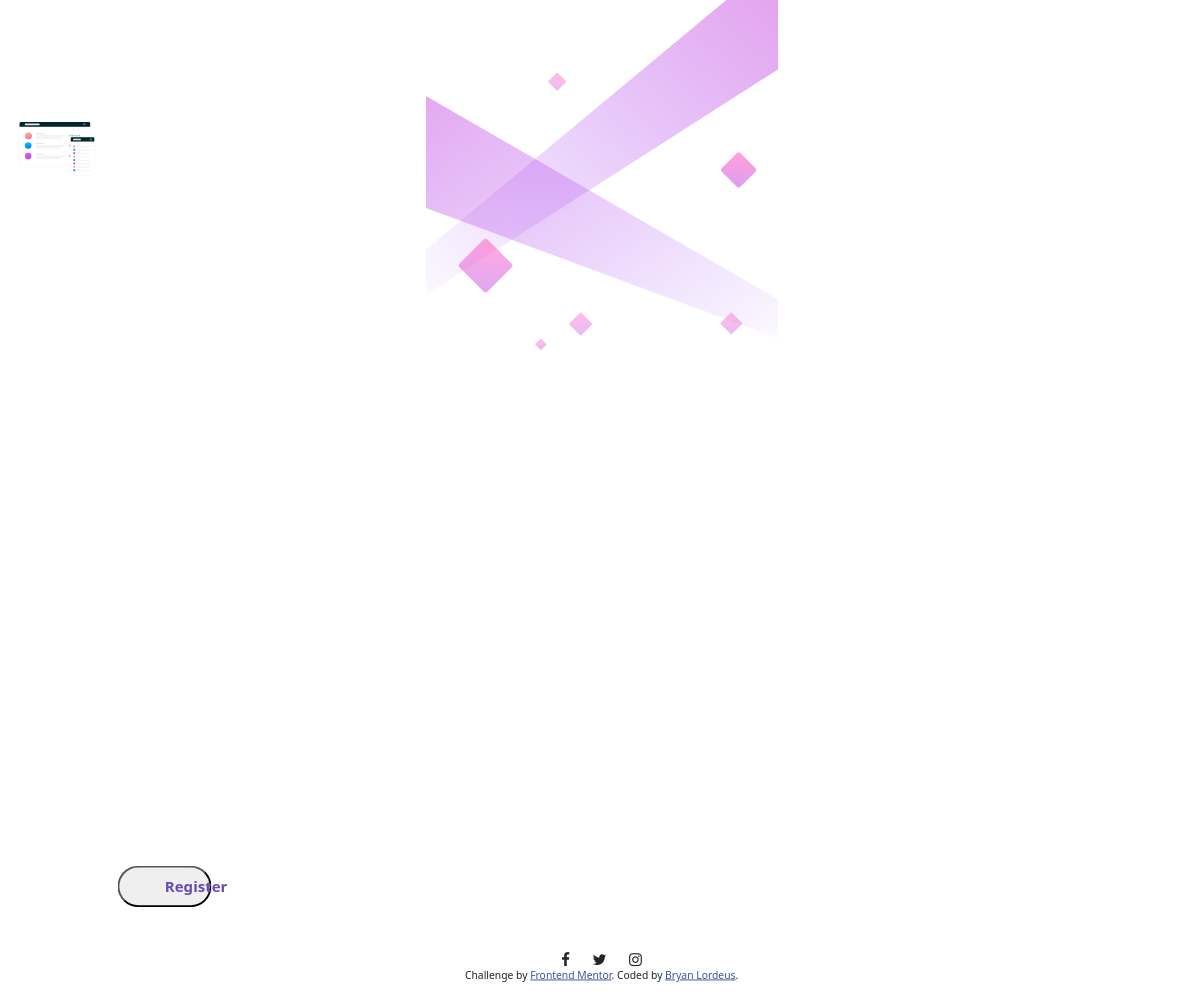
Repository: blordeus/huddle-landing-page-with-single-introductory-section-master
Page: index.html
The author's editor kept a copy of each file at every save. The page is drawn from the files as they stood at one save, then again after the next save.
The browser window is 1280 px wide. The pictures show the whole page, at 94% of full size.
The style sheet was rebuilt from its Sass, Less or Tailwind sources for each picture, by a compiler version that may differ from the author's.

Above is the page before, as saved 2023-08-31 19:54:32.

### index.html
<!DOCTYPE html>
<html lang="en">
<head>
  <meta charset="UTF-8">
  <meta name="viewport" content="width=device-width, initial-scale=1.0"> <!-- displays site properly based on user's device -->

  <link rel="icon" type="image/png" sizes="32x32" href="./images/favicon-32x32.png">
  <link rel="stylesheet" href="style.css">
  <link href="https://cdn.jsdelivr.net/npm/bootstrap@5.3.1/dist/css/bootstrap.min.css" rel="stylesheet" integrity="sha384-4bw+/aepP/YC94hEpVNVgiZdgIC5+VKNBQNGCHeKRQN+PtmoHDEXuppvnDJzQIu9" crossorigin="anonymous">
  <link rel="stylesheet" href="https://maxcdn.bootstrapcdn.com/font-awesome/4.7.0/css/font-awesome.min.css">

  <title>Frontend Mentor | Huddle landing page with single introductory section</title>

</head>
<body class="mx-2 my-3">

  <header class="mb-5">
    <img src="./images/logo.svg" alt="">
  </header>

  <section class="container-fluid text-center">
    <div class="row">
      <div class="col-sm-1">
        <img class="img-fluid" src="./images/illustration-mockups.svg" alt="illustration mockups">
      </div>
      <div class="col-sm-1">
        <h1 class="text-white">Build The Community Your Fans Will Love</h1>
        <p class="text-white">
          Huddle re-imagines the way we build communities. You have a voice, but so does your audience.
          Create connections with your users as you engage in genuine discussion.
        </p>
        <button class="rounded-pill px-5 py-2 w-50">Register</button>
      </div>
    </div>
  </section>

  <div class="icons d-flex justify-content-center mt-5 gap-4">
      <i class="fa fa-facebook" aria-hidden="true"></i>
      <i class="fa fa-twitter" aria-hidden="true"></i>
      <i class="fa fa-instagram" aria-hidden="true"></i>
  </div>

  <footer>
    <p class="attribution">
      Challenge by <a rel="noopener" href="https://www.frontendmentor.io?ref=challenge" target="_blank">Frontend Mentor</a>.
      Coded by <a href="#">Bryan Lordeus</a>.
    </p>
  </footer>
</body>
</html>

### style.scss
  @import url('https://fonts.googleapis.com/css2?family=Open+Sans&family=Poppins:wght@400;600&display=swap');

:root {
    --primary-violet: hsl(257, 40%, 49%);
    --soft-magenta: hsl(300, 69%, 71%);
}

* {
    margin: 0;
    padding: 0;
    box-sizing: border-box;
}

body {
    font-family: 'Open Sans', sans-serif;
    background-image: url('./images/bg-mobile.svg');
    background-repeat: no-repeat;
    background-color: var(--primary-violet);
    background-size: con;
    background-position: top;
}

button {
    font-family: 'Poppins', sans-serif;
    font-weight: 600;
    font-size: 16px;
    color: var(--primary-violet);
}



  .attribution { font-size: 11px; text-align: center; }
  .attribution a { color: hsl(228, 45%, 44%); }

After the next save:
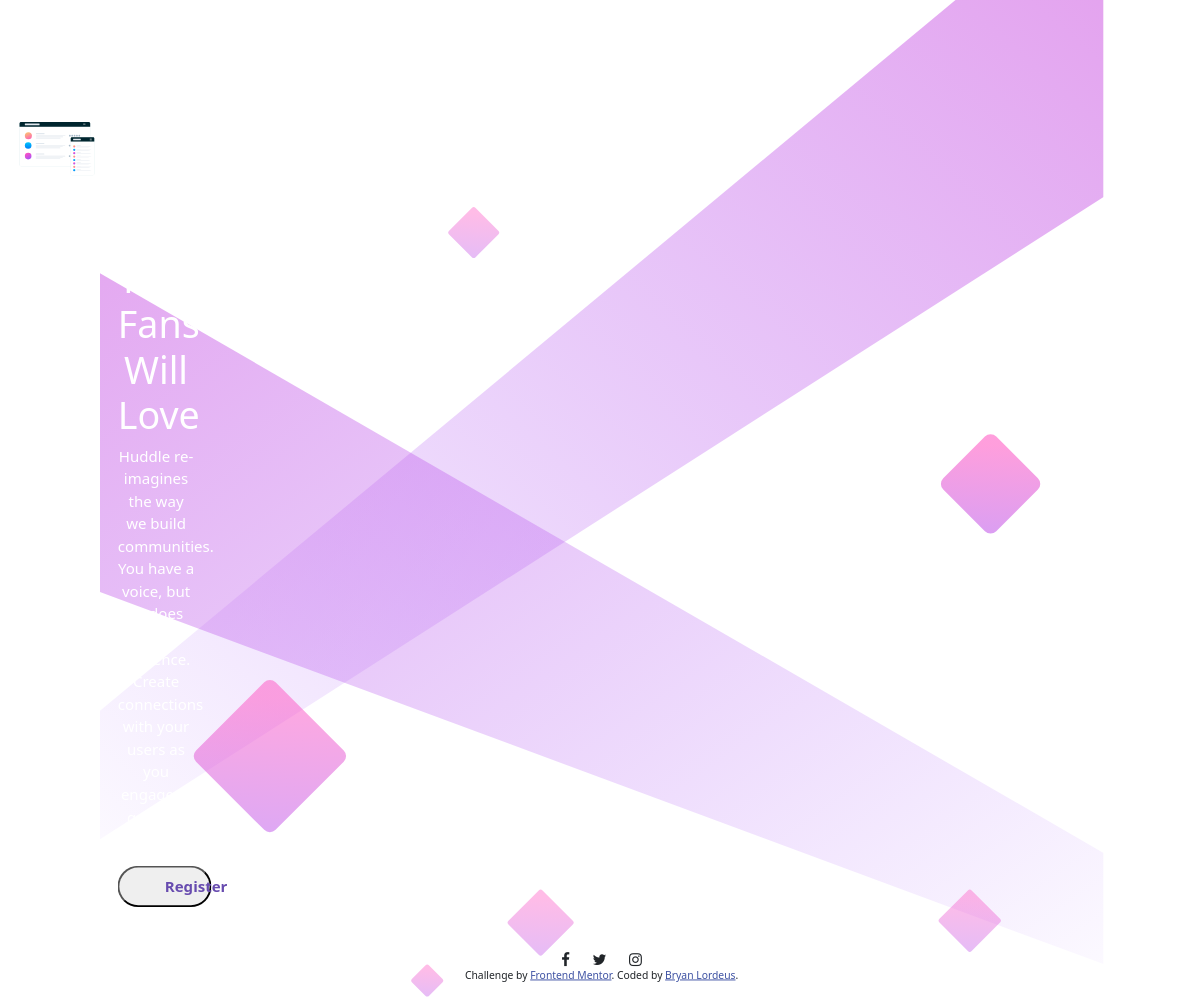
Saved 9 s later.
--- a/style.scss
+++ b/style.scss
@@ -16,7 +16,7 @@
     background-image: url('./images/bg-mobile.svg');
     background-repeat: no-repeat;
     background-color: var(--primary-violet);
-    background-size: con;
+    background-size: contain;
     background-position: top;
 }
 
